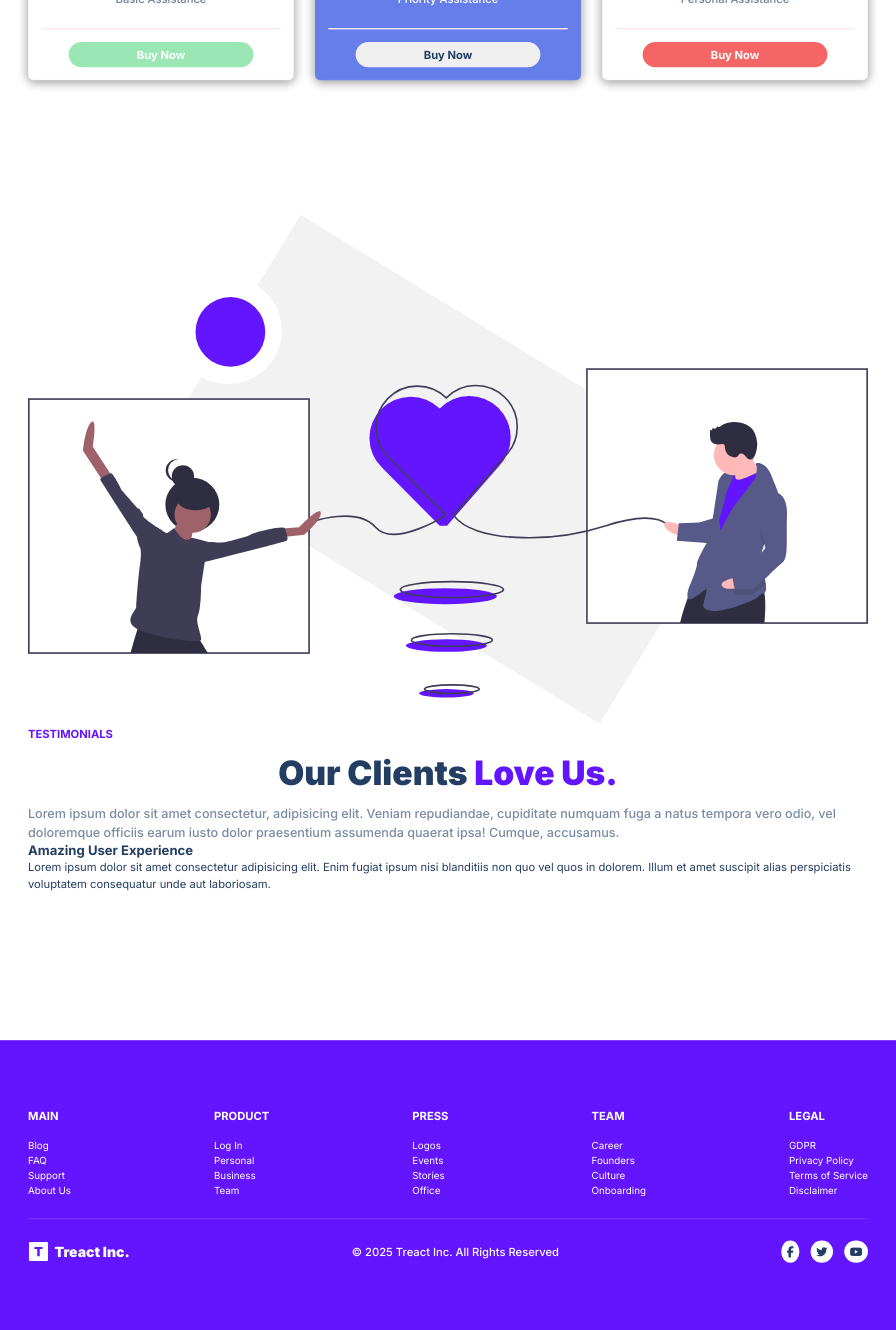
Repository: avivanguyen/m2_fianlProject
Page: index.html
The author's editor kept a copy of each file at every save. The page is drawn from the files as they stood at one save, then again after a run of saves.
The browser window is 1280 px wide. The pictures show the part of the page from y = 4370 to 6290 px (the page is 6270 px tall before and 6290 px after), at 70% of full size.
Some web libraries are served in a nearby version.

Above is the page before, as saved 2025-12-11 11:23:32.

After the next 6 saves:
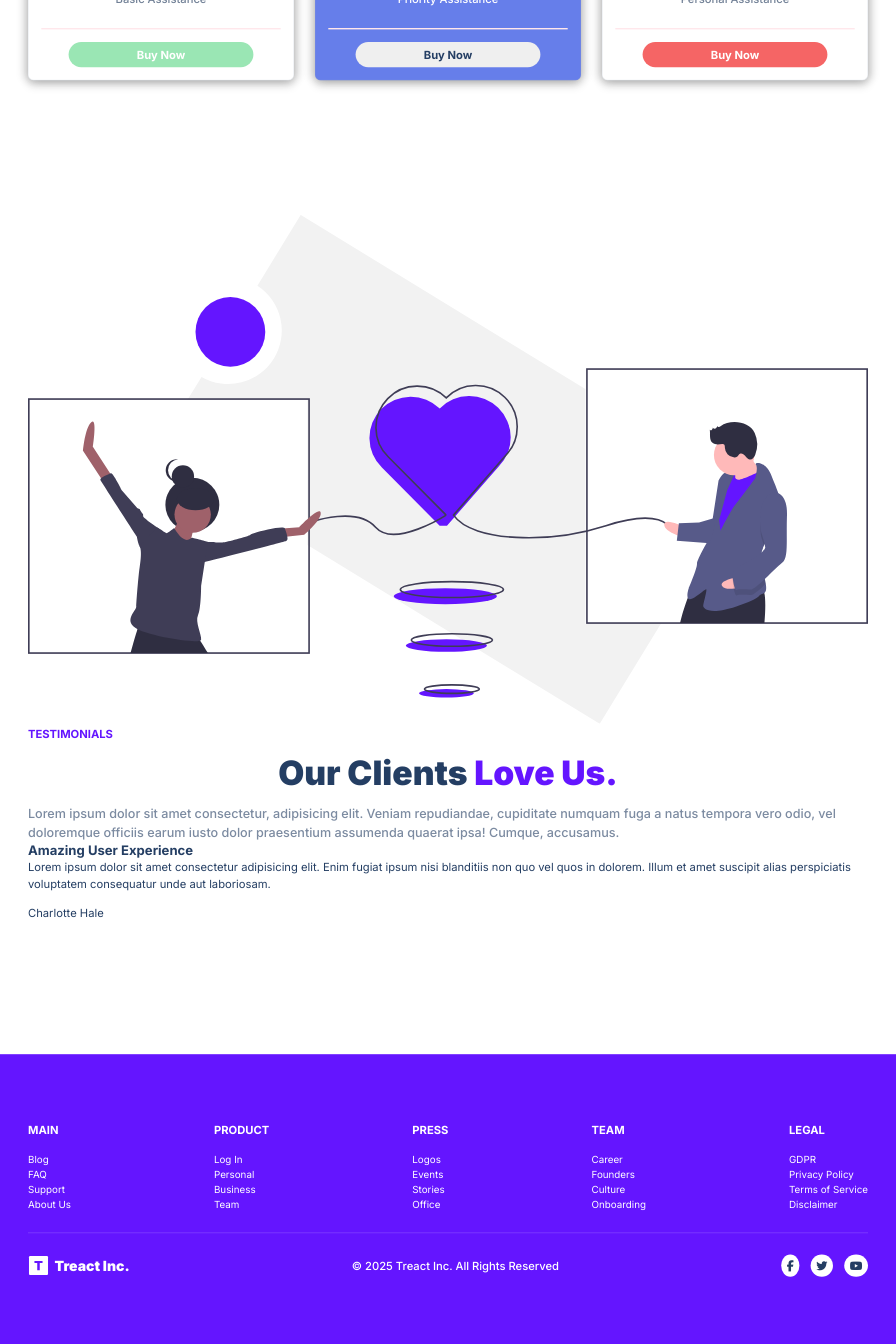
The 6 saves are shown as one change because they came seconds apart.
The last was saved 22 s later.
--- a/index.html
+++ b/index.html
@@ -331,7 +331,7 @@
                                <div class="testimonial__profile">
                                     <img src="" class="testimonial__img" alt="">
                                     <div class="testimonial__details">
-
+                                        <div class="testimonial__name">Charlotte Hale</div>
                                     </div>
                                </div>
                             </div>
